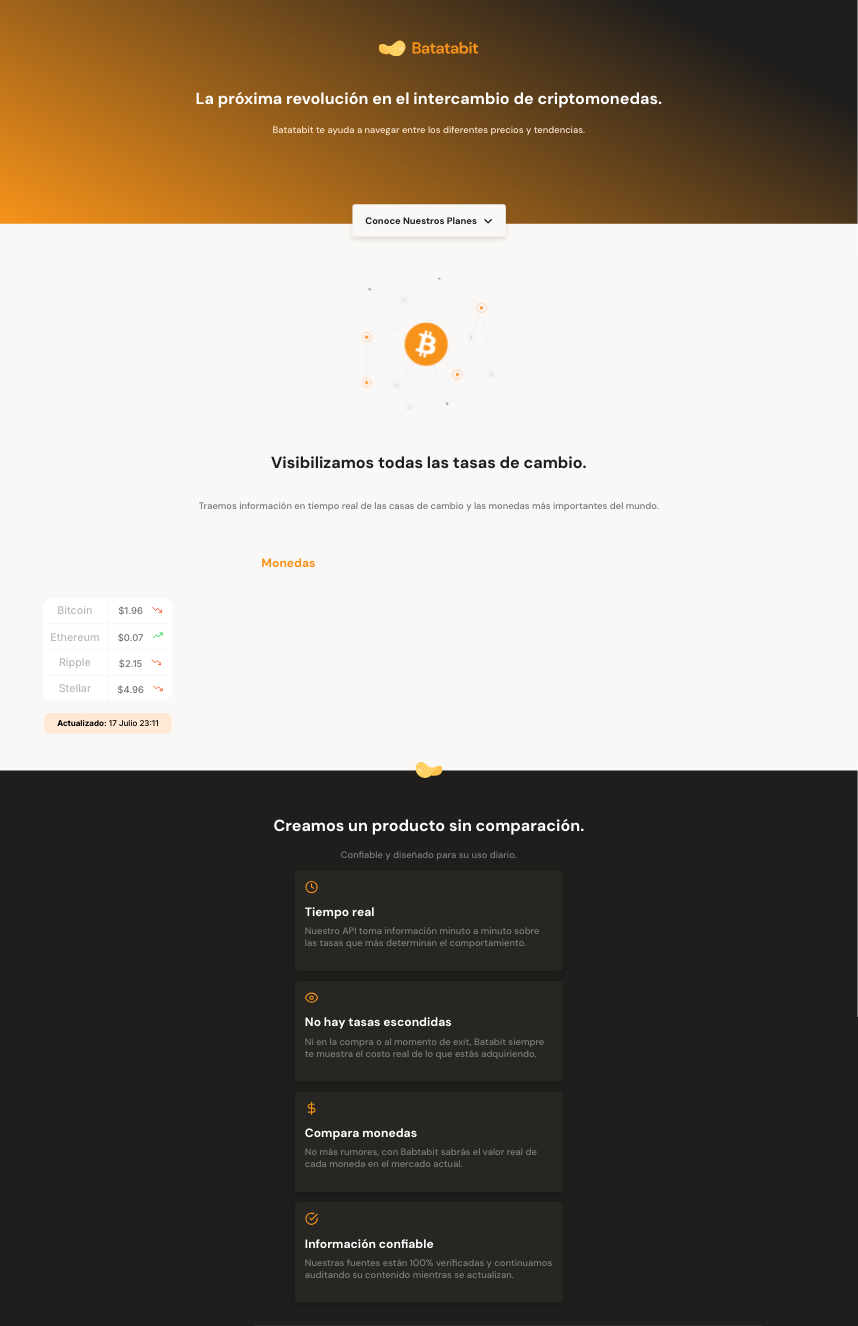
Repository: Pandrea-hub/Batatabit
Page: index.html
An editor plug-in stored every save of this project. The page is shown before and after a run of saves, followed by the edit.
The browser window is 1280 px wide. The pictures show the whole page, at 67% of full size.

Above is the page before, as saved 2022-04-19 08:06:23.

### index.html
<!DOCTYPE html>
<html lang="en">
<head>
    <meta charset="UTF-8">
    <meta http-equiv="X-UA-Compatible" content="IE=edge">
    <meta name="viewport" content="width=device-width, initial-scale=1.0">
    <title>Document</title>
    <link rel="preconnect" href="https://fonts.googleapis.com">
    <link rel="preconnect" href="https://fonts.gstatic.com" crossorigin>
    <link href="https://fonts.googleapis.com/css2?family=DM+Sans:wght@400;500;700&family=Inter:wght@300;500;700&display=swap" rel="stylesheet">
    <link rel="stylesheet" href="./style.css">
</head>
<body>


    <header>

        <img src="./assets/img/logo.svg" alt="Logo del header donde estara una patata y el nombre que es Batatabit"/>
        <div class="header--title-container">
            <h1>La próxima revolución en el intercambio de criptomonedas.</h1>
            <p>Batatabit te ayuda a navegar entre los diferentes precios y tendencias.</p>
            <a href="" class="header--button">Conoce Nuestros Planes<span></span></a>
        </div>
    </header>


    <main>
        <section class="main-exchange--container">
            <div class="backgroungImg"></div>
            <div class="main-exchange--container--title">
                <h2>Visibilizamos todas las tasas de cambio.</h2>
                <p>Traemos información en tiempo real de las casas de cambio y las monedas más importantes del mundo.</p>
            </div>

            <section class="main-tables-container">
                <div class="main-currency-table">



                    <div class="currenty-table">

                        <div class="container-arrow--left" id="arrow-left"></div>

                        <div class="currency-table--container" id="table-1">
                            <p class="currency-table--title" id="title-1">Monedas</p>
                            <table>
                                <tr>
                                    <tr>
                                        <td class="table__top--left">Bitcoin</td>
                                        <td class="table__top--right table__right">$1.96 <span class="down"></span></td>
                                    </tr>
                                    <tr>
                                        <td>Ethereum</td>
                                        <td class="table__right">$0.07 <span class="up"></span></td>
                                    </tr>
                                    <tr>
                                        <td>Ripple</td>
                                        <td class="table__right">$2.15 <span class="down"></span></td>
                                    </tr>
                                    <tr>
                                        <td class="table__bottom--left">Stellar</td>
                                        <td class="table__bottom-right table__right">$4.96 <span class="down"></span></td>
                                    </tr>
                                </tr>
                            </table>
                        </div>


                        <div class="currency-table--container" id="table-2">
                            <p class="currency-table--title" id="title-2">Comisiones</p>
                            <table>
                                <tr>
                                    <tr>
                                        <td class="table__top--left">Bitrade</td>
                                        <td class="table__top--right table__right">$ 12.96</td>
                                    </tr>
                                    <tr>
                                        <td>Bitpreco</td>
                                        <td class="table__right">$ 13.07</td>
                                    </tr>
                                    <tr>
                                        <td>Novadax</td>
                                        <td class="table__right">$ 13.15</td>
                                    </tr>
                                    <tr>
                                        <td class="table__bottom--left">Coinext</td>
                                        <td class="table__bottom-right table__right">$ 14.96</td>
                                    </tr>
                                </tr>
                            </table>
                        </div>

                        <div class="container-arrow" id="arrow-right"></div>

                    </div>

                    <div class="currency-table--date" id="table-date">
                        <p><b>Actualizado:</b> 17 Julio 23:11 </p></p>
                    </div>

                </div>
            </section>
        </section>

    <script>
        const arrow_right = document.getElementById("arrow-right")
        const arrow_left = document.getElementById("arrow-left")
        const table_1 = document.getElementById("table-1")
        const table_2 = document.getElementById("table-2")
        const date = document.getElementById("table-date");


        arrow_right.onclick = function(){
            arrow_right.style.display="none";
            table_1.style.display = "none"
            table_2.style.display = "grid"
            arrow_left.style.display = "block"
            date.style.backgroundColor="#E7F5FF";
        }
        arrow_left.onclick = function(){
            arrow_left.style.display="none";
            table_1.style.display = "grid"
            table_2.style.display = "none"
            arrow_right.style.display = "block"
            date.style.backgroundColor="#FFE9D4";
        }
    </script>


        <section class="main-product--detail">
            <span class="product-detail--batata-logo"></span>
            <div class="product-detail--title">
                <h2>Creamos un producto sin comparación.</h2>
                <p>Confiable y diseñado para su uso diario.</p>
            </div>
            <section class="product-cards--container">
                <article class="product-detail--card">
                    <span class="icon-card clock"></span>
                    <p class="product-card--title">Tiempo real</p>
                    <p class="product-card--body">Nuestro API toma información minuto a minuto sobre las tasas que más determinan el comportamiento.</p>
                </article>

                <article class="product-detail--card">
                    <span class="icon-card tasas"></span>
                    <p class="product-card--title">No hay tasas escondidas</p>
                    <p class="product-card--body">Ni en la compra o al momento de exit, Batabit siempre te muestra el costo real de lo que estás adquiriendo.</p>
                </article>


                <article class="product-detail--card">
                    <span class="icon-card money"></span>
                    <p class="product-card--title">Compara monedas</p>
                    <p class="product-card--body">No más rumores, con Babtabit sabrás el valor real de cada moneda en el mercado actual.</p>
                </article>


                <article class="product-detail--card">
                    <span class="icon-card info"></span>
                    <p class="product-card--title">Información confiable</p>
                    <p class="product-card--body">Nuestras fuentes están 100% verificadas y continuamos auditando su contenido mientras se actualizan.</p>
                </article>


            </section>

        </section>



        <section></section>



        <section></section>
    </main>

    <footer></footer>

</body>
</html>

### style.css
/*
1. Position
2. Box model
3. typography
4. Visual themes
5. Others
*/

:root{
    --bitcoin-orange:#F7931A;
    --soft-orange:#FFE9D4;
    --secondary-blue:#1A9AF7;
    --soft-blue:#E7F5FF;
    --warm-black:#201E1C;
    --black: #201e1c;
    --grey: #bababa;
    --off-white: #faf8f7;
    --just-white: #fff;
}

*{
    padding: 0;
    margin: 0;
    box-sizing: border-box;
}


html{
    font-size: 62.5%;
    font-family: "DM Sans", sans-serif;
}

header{
    position: relative;
    display: flex;
    flex-direction:column;
    justify-content: center;
    width: 100%;
    height: 334px;
    min-width: 320px;
    text-align: center;
    background: linear-gradient(207.8deg, #201E1C 16.69%, #F7931A 100%);

}

header img{
    width: 150px;
    height: 24px;
    margin-top: 60px;
    align-self: center;
}

.header--title-container{
    width: 90%;
    min-width: 288px;
    max-width: 900px;
    height: 218px;
    margin-top: 50px;
    text-align: center;
    align-self:center;
}

.header--title-container h1{
    font-size: 2.4rem;
    font-weight: bold;
    line-height: 2.6rem;
    color: var(--just-white);
}

.header--title-container p{
    font-size: 1.4rem;
    font-weight: 500;
    line-height: 1.8rem;
    color:var(--soft-orange);
    margin-top: 2.4rem;
}


.header--title-container .header--button{
    left: calc(50% - 229px/2);
    position: absolute;
    top: 270px;
    display: block;
    margin-top: 35px;
    padding: 15px;
    width: 229px;
    height: 48px;
    background-color: var(--off-white);
    /* Box shadow */
    box-shadow: 0px 4px 8px rgba(89, 73, 30, 0.16);
    border-radius: 4px;
    font-weight: bold;
    font-size: 14px;
    line-height: 18px;
    color:var(--warm-black);
    text-decoration: none;
}

.header--button span{
    display: inline-block;
    width: 13px;
    height: 8px;
    margin-left: 10px;
    background-image: url('./assets/icons/down-arrow.svg');
}

main{
    width: 100%;
    height: auto;
    background-color:var(--off-white);
    min-width: 320px;
}


.main-exchange--container{
    width: 100%;
    height: auto;
    padding-top: 80px;
    padding-bottom: 30px;
    text-align: center;
}

.main-exchange--container--title{
    width: 100%;
    min-width: 288px;
    max-width: 900px;
    margin: 10px auto;
    padding: 1%;
}

.main-exchange--container .backgroungImg{
    width: 200px;
    height: 200px;
    margin: 0 auto;
    margin-bottom: 50px;
    background-image: url(./assets/img/bitcoin.svg);
    background-size: cover;
    background-position: center;
    background-repeat: no-repeat;
}


.main-exchange--container--title h2{
    margin-bottom: 30px;
    font-size: 2.4rem;
    font-weight: bold;
    line-height: 2.6rem;
    align-self:center;
    color:var(--warm-black);
}




.main-exchange--container--title p{
    margin-bottom: 30px;
    font-size: 1.4rem;
    line-height: 1.8rem;
    font-weight: 500;
    color:#757575;
    padding: 1.5%;
}



.main-tables-container{
    margin-bottom: 20px;
}



.main-currency-table{
    display: flex;

    flex-direction: column;
    width: 70%;
    min-width: 235px;
    max-width: 500px;
    height: 240px;
    margin: 0 auto;
    font-family: "Inter", sans-serif;
}

.main-currency-table .currency-table--title{
    width: 81px;
    height: 23px;
    margin: 0 auto;
    position: absolute;
    margin-bottom: 15px;
    font-size: 1.8rem;
    font-weight: bold;
    line-height: 2.3rem;
    font-family: "DM Sans";
    color:var(--bitcoin-orange);
    position: absolute;

}

.currenty-table{

}


.currency-table--container{
    margin: 0 auto;
    width: 100%;
    min-width: 230px;
    max-width: 300px;
    height: 90px;


}

.currency-table--container table{
    width: 100%;
    height: 100%;
    width: 197px;
    height: 159px;
    left: 62px;
    top: 889px;
    margin: 0 auto;
    position: absolute;
}


.currency-table--container td{
    width: 50%;
    font-size: 1.6rem;
    font-weight: 500;
    line-height: 1.9rem;
    color:var(--grey);
    background-color:var(--just-white);
    margin: 0px 10px;

}

.table__top--left{
    border-radius: 15px 0 0 0;
}

.table__top--right{
    border-radius:0 15px 0 0;
}


.table__bottom-right{
    border-radius:0 0 15px 0;
}

.table__bottom--left{
    border-radius:0 0 0 15px;
}

.currency-table--container .table__right{
    font-size: 1.4rem;
    font-weight: normal;
    line-height: 1.7rem;
    color:#757575;
}


.currency-table--container .down{
    display: inline-block;
    width: 15px;
    height: 15px;
    margin-left: 10px;
    background-image:url("./assets/icons/trending-down.svg");
    background-size:cover;
    background-repeat:no-repeat;
}

.currency-table--container .up{
    display: inline-block;
    width: 15px;
    height: 15px;
    margin-left: 10px;
    background-image:url("./assets/icons/trending-up.svg");
    background-size:cover;
    background-repeat:no-repeat;
}


.currenty-table{
    display: grid;
    grid-template-columns: 1fr 1fr 1fr;

}


.container-arrow{
    height: 10px;
    width: 12px;
    background-image: url("../assets/icons/right-arrow.svg");
    background-repeat: no-repeat;
    background-size: contain;
    background-position: center;
    position: absolute;
    margin-top:41.8%;
    right: 31px;
    cursor: pointer;
}


.container-arrow--left{
    display: none;
    height: 10px;
    width: 12px;
    background-image: url("../assets/icons/left-arrow.svg");
    background-repeat: no-repeat;
    background-size: contain;
    background-position: center;
    position: absolute;
    margin-top: 41.8%;
    left: 32px;
    cursor: pointer;
}


#title-2{
    color:var(--secondary-blue);
}



.currency-table--date{
    margin: 0 auto;
    font-size: 12px;
    position: absolute;
    width: 190px;
    height: 31px;
    left: 66px;
    top: 1064px;
    padding: 8px;
    background-color:var(--soft-orange);
    border-radius:8px;
}

#table-2{
    display: none;
}

.main-product--detail{
    position: relative;
    width: 100%;
    min-width: 320px;
    height: auto;
    padding: 20px 10px;
    background-color:var(--warm-black);
    margin-top: 30px;
}


.product-detail--batata-logo{
    left: calc(50% - 20px);
    top: -12.5px;
    position: absolute;
    width: 40px;
    height: 25px;
    background-image:url("./assets/icons/batata.svg");
}


.product-detail--title{
    width: 90%;
    min-width: 288px;
    height: auto;
    margin: 0 auto;
    margin-top: 50px;
    text-align: center;
}


.product-detail--title h2{
    margin-bottom: 20px;
    font-size: 2.4rem;
    font-weight: bold;
    line-height: 2.6rem;
    color:var(--just-white);

}

.product-detail--title p{
    color:#808080;
    font-size: 1.4rem;
    font-weight: 500;
    line-height: 1.8rem;
}


.product-detail--card{
    width: 90%;
    min-width: 288px;
    max-width: 400px;
    height: 150px;
    margin: 15px auto;
    padding: 15px;
    background-color:#282623;
    border-radius:5px;
    box-shadow:0px 4px 8px rgba(0, 0, 0, 0.16);

}


.product-detail--card .icon-card{
    display: inline-block;
    width: 20px;
    height: 20px;
    background-position: center;
    background-size: cover;
    background-repeat: no-repeat;
    margin-bottom: 15px;

}

.clock{
    background-image:url("./assets/icons/clock.svg");
}

.tasas{
    background-image:url("./assets/icons/eye.svg");
}

.money{
    background-image:url("./assets/icons/dollar-sign.svg");
}

.info{
    background-image:url("./assets/icons/check-circle.svg");
}

.product-card--title{
    font-weight: 700;
    font-weight: bold;
    font-size: 1.8rem;
    line-height: 1.8rem;
    color:var(--just-white);
}


.product-card--body{
    font-weight: 500;
    font-size: 1.4rem;
    line-height: 1.8rem;
    color: #808080;
    margin-top: 10px;
}

After the next 2 saves:
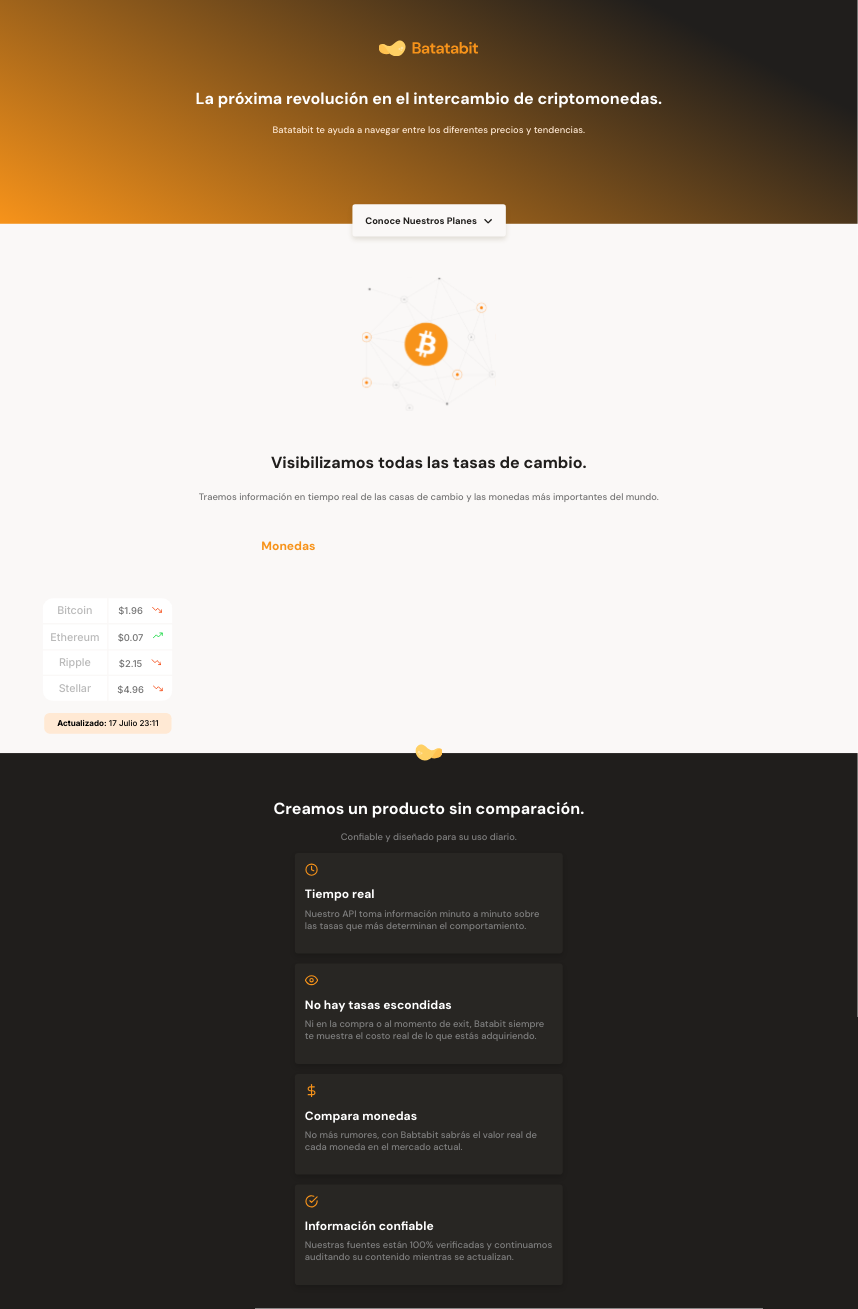
The 2 saves are shown as one change because they came seconds apart.
The last was saved 9 s later.
--- a/style.css
+++ b/style.css
@@ -158,7 +158,6 @@
     line-height: 1.8rem;
     font-weight: 500;
     color:#757575;
-    padding: 1.5%;
 }
 
 
